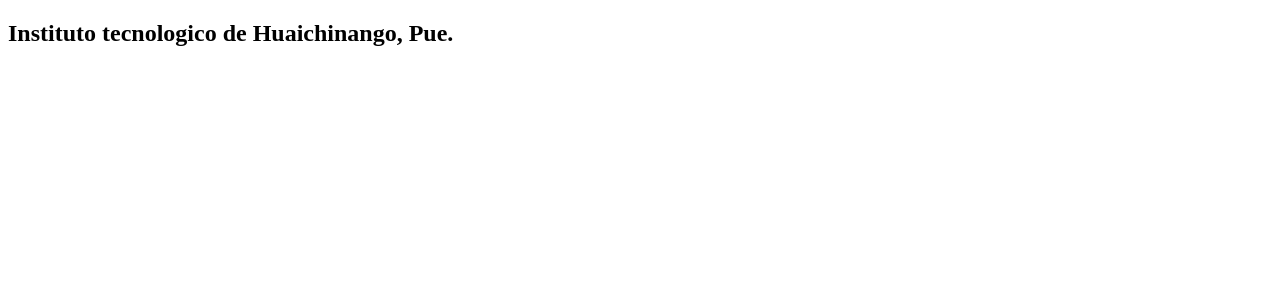
Repository: blessed-skate/InventoryControlSystem
Page: InventoryControlSystemPortal/WebContent/html/header.html
These files come from the project's save history. The page is drawn as it stood at one moment and after the next save; the edit follows.
The browser window is 1280 px wide. The pictures show the whole page.

Above is the page before, as saved 2015-05-25 23:14:44.

### InventoryControlSystemPortal/WebContent/html/header.html
<!DOCTYPE html>
<html>
<head>
<meta charset="UTF-8">
<title>Insert title here</title>
</head>
<body>

<h2>Instituto tecnologico de Huaichinango, Pue.</h2>
</body>
</html>

After the next save:
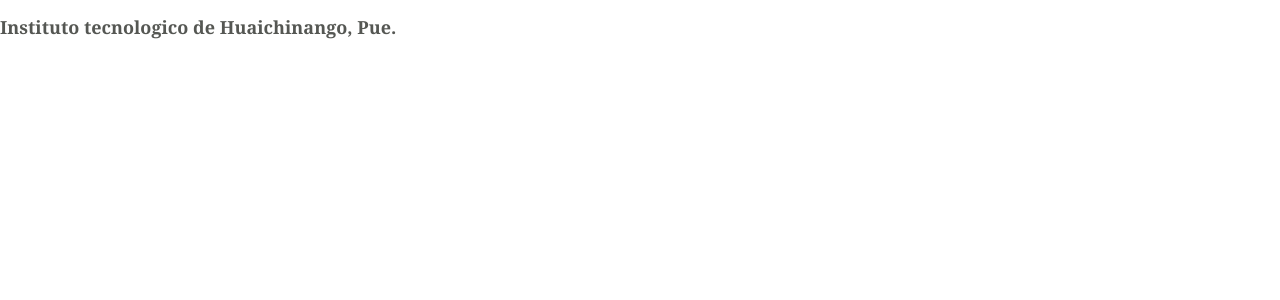
Saved 8 min 50 s later.
--- a/InventoryControlSystemPortal/WebContent/html/header.html
+++ b/InventoryControlSystemPortal/WebContent/html/header.html
@@ -3,6 +3,18 @@
 <head>
 <meta charset="UTF-8">
 <title>Insert title here</title>
+<style type="text/css">
+	body {
+		font: 75% georgia, sans-serif;
+		line: 1.88889;
+		color: #555753;
+		backgroud: #fff;
+		margin: 0;
+		padding: 0;
+	}
+
+
+</style>
 </head>
 <body>
 
